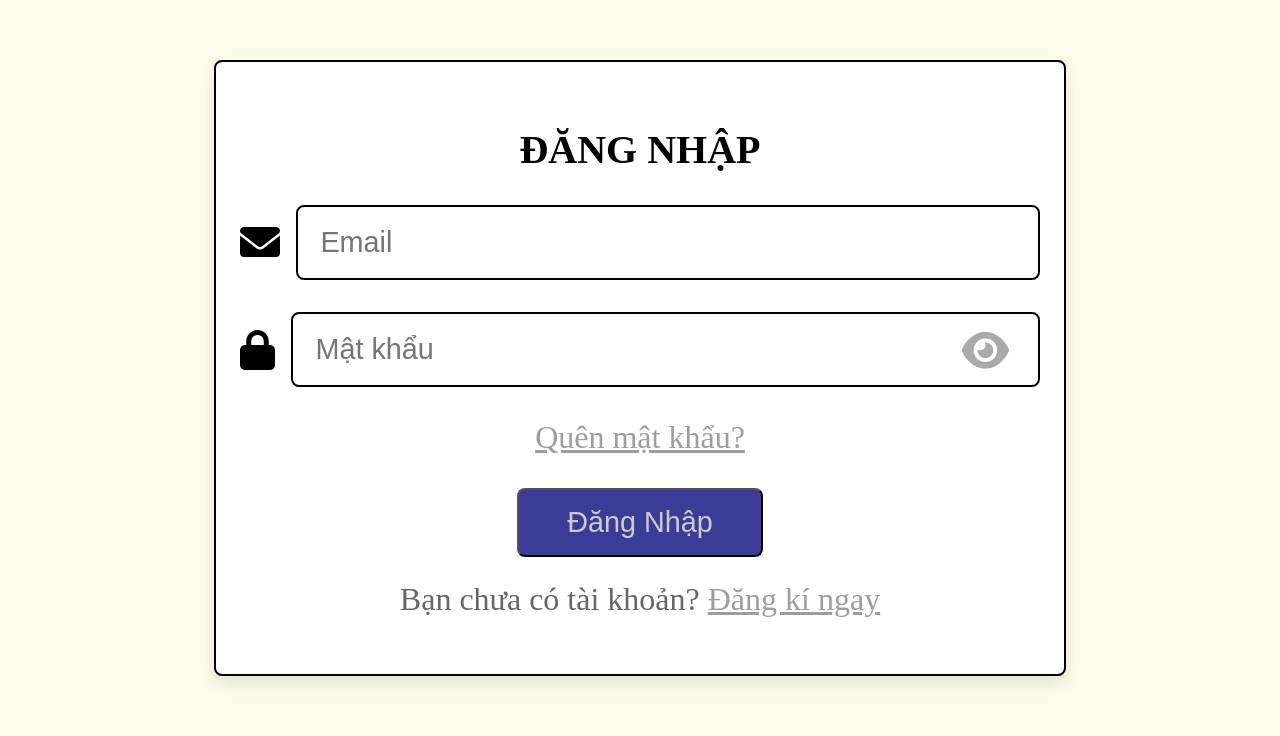
Repository: Dien973/expense_manager
Page: http://localhost/expense_manager/account/login.php
An editor plug-in stored every save of this project. The page is shown before and after the next save, followed by the edit.
The browser window is 1280 px wide. The pictures show the whole page.
The page is run by PHP 8.4 with error messages shown; the project is at /var/www/html/.

Above is the page before, as saved 2025-12-05 17:47:24.

### account/login.php
<?php

@include '../config.php';
session_start();

if(isset($_POST['submit'])){

   $filter_email = filter_var($_POST['email'], FILTER_SANITIZE_STRING);
   $email = mysqli_real_escape_string($conn, $filter_email);
   $filter_pass = filter_var($_POST['pass'], FILTER_SANITIZE_STRING);
   $pass = mysqli_real_escape_string($conn, $filter_pass);

   $select_users = mysqli_query($conn, "SELECT * FROM `users` WHERE uemail = '$email' AND upwd = '$pass'") or die('Thất bại');


   if(mysqli_num_rows($select_users) > 0){

      $row = mysqli_fetch_assoc($select_users);

      if($row['urole'] == 'admin'){

         $_SESSION['admin_name'] = $row['uname'];
         $_SESSION['admin_email'] = $row['uemail'];
         $_SESSION['admin_id'] = $row['uid'];
         header('location:ad_home.php');

      }elseif($row['urole'] == 'user'){

         $_SESSION['user_name'] = $row['uname'];
         $_SESSION['user_email'] = $row['uemail'];
         $_SESSION['user_id'] = $row['uid'];
         header('location:../user_page/home.php');

      }else{
         $message[] = 'Không tìm thấy người dùng!';
      }

   }else{
      $message[] = 'Sai email hoặc mật khẩu!';
   }

}

?>

<!DOCTYPE html>
<html lang="en">
<head>
   <meta charset="UTF-8">
   <meta http-equiv="X-UA-Compatible" content="IE=edge">
   <meta name="viewport" content="width=device-width, initial-scale=1.0">
   <title>Đăng nhập</title>

   <!-- font awesome cdn link  -->
   <link rel="stylesheet" href="https://cdnjs.cloudflare.com/ajax/libs/font-awesome/6.0.0/css/all.min.css">

   <!-- custom css file link  -->
   <link rel="stylesheet" href="../css/main.css">

</head>
<body>

<?php
if(isset($_SESSION['success'])){
    echo '
    <div class="message-overlay">
        <div class="message-box">
            <span>'.$_SESSION['success'].'</span>
            <i class="fas fa-times" onclick="this.parentElement.parentElement.remove();"></i>
        </div>
    </div>
    ';
    unset($_SESSION['success']);
}

?>

<section class="form-container">

   <form action="" method="post">
      <h3>Đăng Nhập</h3>

      <div class="input-boxes">
         <div class="inpt">
            <i class="fas fa-envelope"></i>
            <input type="email" name="email" class="box" placeholder="Email" required>
         </div>
         <div class="inpt">
            <i class="fas fa-lock"></i>
            <input type="password" name="pass" class="box pwd" placeholder="Mật khẩu" required>
            <i class="fa-solid fa-eye eye toggle-eye"></i>
         </div>
         <!--div>
            <input id="remember-login" type="checkbox" name="remember">
            <label for="remember-login">Ghi nhớ đăng nhập</label>
         </div-->
         <div class="forgot-pwd" class="text"><a href="forgot_pwd.php">Quên mật khẩu?</a></div>
         <input type="submit" class="btn" name="submit" value="Đăng Nhập">
         <p>Bạn chưa có tài khoản? <a href="signup.php">Đăng kí ngay</a></p>
      </div>
   </form>
</section>

   <script src="../js/show_pwd.js"></script>
</body>
</html>

### config.php
<?php
// Kết nối đến cơ sở dữ liệu MySQL
$servername = "localhost";
$username = "root";
$password = "";
$dbname = "qly_chi_tieu";

// Tạo kết nối
$conn = mysqli_connect($servername, $username, $password, $dbname);

// Kiểm tra kết nối
if (!$conn) {
    die("Connection failed: " . mysqli_connect_error());
}
?>

### css/main.css
body {
  background-color: rgb(253, 252, 234);
}
/*----------FORM ĐĂNG NHẬP------------*/
.form-container {
  display: flex;
  align-items: center;
  justify-content: center;
  min-height: 100vh;
}

.form-container form {
  padding: 1.5rem;
  border-radius: 0.5rem;
  border: #000 solid 2px;
  background-color: #ffffff;
  box-shadow: 0 0.5rem 1rem rgba(0, 0, 0, 0.1);
  width: 50rem;
  text-align: center;
}

.form-container form h3 {
  font-size: 2.5rem;
  text-transform: uppercase;
  color: #000;
  margin-bottom: 1rem;
}

.form-container form .box {
  width: 100%;
  padding: 1.2rem 1.4rem;
  font-size: 1.8rem;
  color: #000;
  border: #000 solid 2px;
  background-color: #fff;
  margin: 1rem 0;
  border-radius: 0.5rem;
  position: relative;
}

.form-container form i {
  color: #000;
  font-size: 2.5rem;
  margin-right: 1rem;
}

.form-container form p,
.form-container form .forgot-pwd {
  margin-top: 1.5rem;
  font-size: 2rem;
  color: #666;
}

.form-container form p a,
.form-container form .forgot-pwd a {
  color: #9e9d9d;
}

.form-container form p a:hover,
.form-container form .forgot-pwd a:hover {
  color: #567bb2;
}

/*-- forgot password --*/
.form-container form .forgot-pwd {
  margin-top: 1rem;
  margin-bottom: 1rem;
  font-size: 2rem;
}

/*--- BUTTON ---*/
.btn {
  display: inline-block;
  border-radius: 0.5rem;
  margin-top: 1rem;
  font-size: 1.8rem;
  color: #ccc;
  cursor: pointer;
  padding: 1rem 3rem;
  text-transform: capitalize;
}

.btn {
  background-color: #3b3b98;
}

/* --- EYE TRONG Ô INPUT --- */

.form-container form .inpt {
  position: relative;
  display: flex;
  align-items: center;
}

.form-container form .inpt input.box {
  width: 100%;
  padding-right: 45px;
  box-sizing: border-box;
}

.form-container form .toggle-eye,
.form-container form .eye {
  position: absolute !important;
  right: 15px !important;
  top: 50% !important;
  transform: translateY(-50%) !important;
  font-size: 42px;
  cursor: pointer;
  color: #aaa;
  z-index: 10;
}

/*---------- THÔNG BÁO------------*/
.message-overlay {
  position: fixed;
  top: 0;
  left: 0;
  width: 100%;
  height: 100%;
  background: rgba(0, 0, 0, 0.5);
  display: flex;
  justify-content: center;
  align-items: center;
  z-index: 20000;
}

/* Hộp thông báo */
.message-box {
  background: #fff;
  padding: 2rem 3rem;
  border-radius: 10px;
  text-align: center;
  min-width: 350px;
  max-width: 80%;
  box-shadow: 0 10px 25px rgba(0, 0, 0, 0.3);
  position: relative;
  animation: popupShow 0.25s ease-out;
}

/* Nội dung */
.message-box span {
  font-size: 2rem;
  color: #000;
}

/* Icon đóng */
.message-box i {
  position: absolute;
  top: 10px;
  right: 12px;
  font-size: 2.2rem;
  color: #c0392b;
  cursor: pointer;
  transition: 0.2s;
}

.message-box i:hover {
  transform: rotate(90deg);
}

/* Animation hiển thị */
@keyframes popupShow {
  from {
    opacity: 0;
    transform: scale(0.8);
  }
  to {
    opacity: 1;
    transform: scale(1);
  }
}

### js/show_pwd.js
const eyes = document.querySelectorAll(".toggle-eye");
const pwds = document.querySelectorAll(".pwd");

eyes.forEach((eye, index) => {
  eye.onclick = () => {
    if (pwds[index].type === "password") {
      pwds[index].type = "text";
      eye.classList.remove("fa-eye");
      eye.classList.add("fa-eye-slash");
    } else {
      pwds[index].type = "password";
      eye.classList.remove("fa-eye-slash");
      eye.classList.add("fa-eye");
    }
  };
});

After the next save:
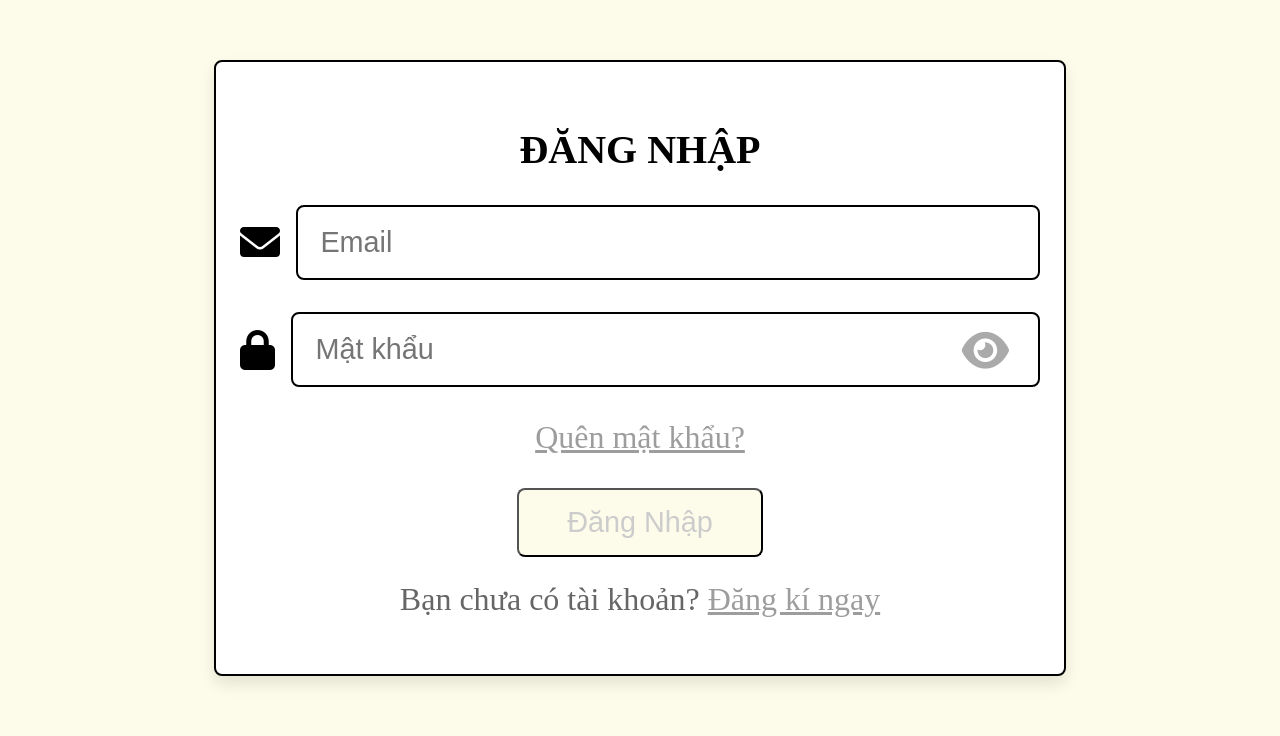
Saved 77 s later.
--- a/css/main.css
+++ b/css/main.css
@@ -81,7 +81,7 @@ body {
 }
 
 .btn {
-  background-color: #3b3b98;
+  background-color: rgb(253, 252, 234);
 }
 
 /* --- EYE TRONG Ô INPUT --- */
